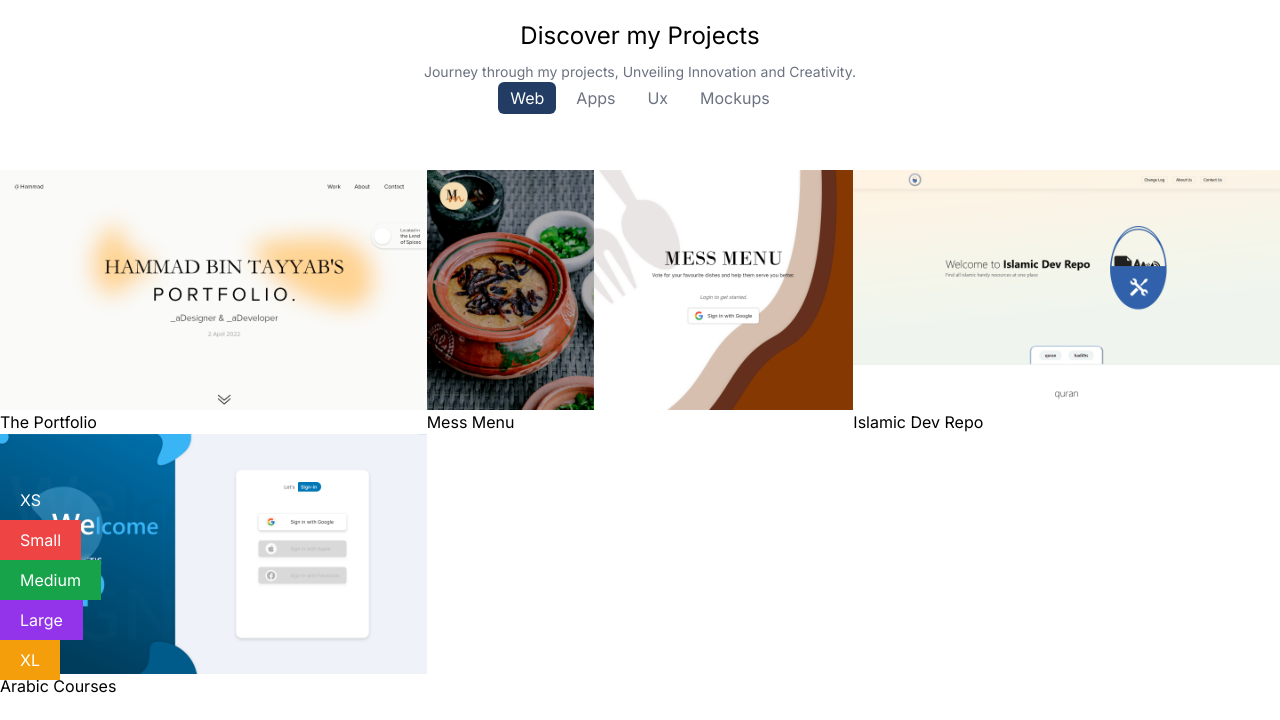
Repository: SpicierEwe/my_portfolio_v2
Page: /
An editor plug-in stored every save of this project. The page is shown before and after the next save, followed by the edit.
The browser window is 1280 px wide. The pictures show the whole page.
The project was rebuilt for these pictures with package versions that can differ from the ones it lists, and the page was loaded fresh each time. The framework's server and built-in components were replaced by stand-ins that run in the browser. Also part of the build but not shown: next.config.js, core/utils/customIcons.js, core/utils/utils.tsx, core/db/sub_db_data/ux_db.js.

Above is the page before, as saved 2024-04-22 10:56:06.

### app/page.tsx
import DevicePreview from "@/Components/Device_preview/device_preview";
import HeroSection from "@/Components/Hero_section/hero_section";
import WorkSection from "@/Components/Work_section/work_section";
import Image from "next/image";

export default function Home() {
  return (
    <main>
      <div className="absolute z-30 overflow-hidden bottom-0">
        <DevicePreview />
      </div>
      {/* <div className="overflow-hidden">
        <HeroSection />
      </div> */}

      <WorkSection />
    </main>
  );
}

### app/globals.css
@layer base {

  @font-face {
    font-family: 'Garamond';
    src: url('../public/fonts/EBGaramond-VariableFont_wght.ttf');

  }

  @font-face {
    font-family: 'Proxima Nova';
    src: url('../public/fonts/MarkSimonsonProximaNovaRegular.otf');
    font-weight: normal;
    font-style: normal;
  }


  @font-face {
    font-family: "Rage";
    src: url("../public/fonts/rage.ttf");
  }
}

@tailwind base;
@tailwind components;
@tailwind utilities;

:root {
  --foreground-rgb: 0, 0, 0;
  --background-start-rgb: 214, 219, 220;
  --background-end-rgb: 255, 255, 255;

}

@media (prefers-color-scheme: dark) {
  :root {
    --foreground-rgb: 255, 255, 255;
    --background-start-rgb: 0, 0, 0;
    --background-end-rgb: 0, 0, 0;
  }
}

body {

  /* background: #F5F5F5; */
}

### Components/Device_preview/device_preview.tsx
"use client";

import { use, useEffect, useState } from "react";

export default function DevicePreview() {
  return (
    <main className="flex flex-col justify-end ">
      {/* xs */}
      <div className=" text-right ">
        <p className="xs:bg-brand-color w-min text-white px-5 py-2">XS</p>
      </div>
      {/* sm */}
      <div className=" text-right ">
        <p className="sm:bg-red-500 w-min text-white px-5 py-2">Small</p>
      </div>
      {/* md */}
      <div className=" text-right ">
        <p className="md:bg-green-600 w-min px-5 py-2 text-white">Medium</p>
      </div>
      {/* lg */}
      <div className=" text-right ">
        <p className="lg:bg-purple-600 w-min px-5 py-2 text-white">Large</p>
      </div>
      {/* xl */}
      <div className=" text-right ">
        <p className="xl:bg-amber-500 w-min px-5 py-2 text-white">XL</p>
      </div>
      {/* 2xl */}
      <div className=" text-right ">
        <p className="2xl:bg-cyan-600 w-min px-5 py-2 text-white">2XL</p>
      </div>
    </main>
  );
}

### Components/Work_section/work_section.tsx
"use client";

import { db } from "../../core/db/db";
import Image from "next/image";
import Link from "next/link";
import { useState } from "react";

export default function WorkSection() {
  const navItems: string[] = Object.keys(db.portfolioItems);
  const [selectedNavItemIndex, setSelectedNavItemIndex] = useState<number>(0);
  return (
    <section className="">
      {/* header */}
      <header className="flex flex-col items-center pt-5">
        <h2 className="text-center text-2xl">Discover my Projects</h2>
        <p className="text-center text-sm mt-2.5 text-gray-500">
          Journey through my projects, Unveiling Innovation and Creativity.
        </p>
      </header>
      {/* nav */}
      <nav>
        <ul className="flex justify-center mt-6 gap-2 flex-wrap">
          {navItems.map((item, index) => {
            const isSelected: Boolean = selectedNavItemIndex == index;
            return (
              <li
                className={`${
                  isSelected ? "bg-brand-color" : ""
                } px-3 py-1 rounded-md cursor-pointer`}
                onClick={() => setSelectedNavItemIndex(index)}
                key={index}
              >
                <Link
                  href="#"
                  className={`${
                    isSelected ? "text-white" : "text-gray-500"
                  } capitalize`}
                >
                  {item}
                </Link>
              </li>
            );
          })}
        </ul>
      </nav>

      <main>
        {/* projects */}
        <div className="grid grid-cols-1 md:grid-cols-2 lg:grid-cols-3 gap-4 mt-14">
          {(db.portfolioItems as any)[navItems[selectedNavItemIndex]].map(
            (item: any, index: number) => {
              const projectName: string = item["projectName"];
              const imageLink: string = item["imageLink"];
              return (
                <div key={index}>
                  {
                    <Image
                      src={imageLink}
                      alt={projectName}
                      height={200}
                      width={200}
                      layout="responsive"
                    ></Image>
                  }
                  <p>{projectName}</p>
                </div>
              );
            }
          )}
        </div>
      </main>
    </section>
  );
}

### core/db/db.js
import { websitesDb } from "./sub_db_data/websites_db";
import { appsDb } from "./sub_db_data/apps_db";
import { uxDb } from "./sub_db_data/ux_db";
import { mockupsDb } from "./sub_db_data/mockups_db";

export const db = {
  portfolioItems: {
    web: websitesDb,
    apps: appsDb,
    ux: uxDb,
    mockups: mockupsDb,
  },
};

### core/db/sub_db_data/websites_db.js
import { embedCustomLinks } from "../../utils/utils";

export const websitesDb = [
  {
    projectName: "The Portfolio",
    projectId: "e2f9658b-f9bb-4d2c-ac8c-113a56d9204f",
    projectTagLine: "A Thoughtfully Curated Portfolio of Elegant Creations",
    link: "https://hammadtayyab.vercel.app/",
    imageLink: "/images/websites/my_portfolio.png",
    info: "This portfolio project showcases a minimalist design, highlighting my work and skills with clarity and finesse. The aim was to provide a seamless user experience and intuitive navigation, creating a comprehensive and sophisticated display of my professional journey.",
    roles: [
      "Data Analyst",
      "Designer",
      "Developer",
      "Maintainer",
      "Product Manager",
      "Tester/Quality Assurance",
      "Researcher",
      "DevOps Engineer",
      "Technical Writer",
      "Project Manager",
    ],
    techStack: [
      "NextJs",
      "React",
      "TypeScript",
      "TailwindCSS",
      "HTML",
      "CSS",
      "JavaScript",
      "Git",
      "Vercel",
    ],
  },
  {
    projectId: "566ec8d6-4d5d-4f22-9580-2c574f7122fb",
    projectName: "Mess Menu",
    projectTagLine: "Simplifying Hostel Dining with a Digital Menu System",
    link: "https://messmenu.vercel.app/",
    imageLink: "/images/websites/mess_menu.png",
    info: "This project streamlines the process of hostel dining by offering a digital menu system for students. Monthly menus are curated through community voting, allowing students to have a say in their dining options. Originating from a friend's final year project, the focus was on user-centric design and functionality, ensuring a seamless experience for all users.",
    roles: [
      "Data Analyst",
      "Designer",
      "Developer",
      "Maintainer",
      "Product Manager",
      "Tester/Quality Assurance",
      "Researcher",
      "DevOps Engineer",
      "Technical Writer",
      "Project Manager",
    ],
    techStack: [
      "NextJs",
      "React",
      "HTML",
      "CSS",
      "JavaScript",
      "Git",
      "Vercel",
      "Firebase",
      "Firebase Auth",
    ],
  },
  {
    projectId: "e3a52953-0a4d-43c3-b874-bd55925f6a7e",
    projectName: "Islamic Dev Repo",
    projectTagLine: "A Repository of Authentic Islamic Data for Developers",
    link: "https://islamic-dev-repo.vercel.app/",
    imageLink: "/images/websites/islamic_dev_repo.png",
    info: "This project offers developers a curated repository of reliable Islamic data that can be seamlessly integrated into various applications. With a focus on authenticity and compatibility across multiple devices, this repository provides a trustworthy source of information for developers working on Islamic-related projects.",
    roles: [
      "Data Analyst",
      "Designer",
      "Developer",
      "Maintainer",
      "Product Manager",
      "Tester/Quality Assurance",
      "Researcher",
      "DevOps Engineer",
      "Technical Writer",
      "Project Manager",
    ],
    techStack: [
      "NextJs",
      "React",
      "HTML",
      "CSS",
      "JavaScript",
      "Git",
      "Vercel",
      "Python",
    ],
  },
  {
    projectId: "87693335-b9d6-434c-8428-5d8266482050",
    projectName: "Arabic Courses",
    projectTagLine:
      "A Platform for Streaming the Best Madina Arabic Course Online",
    link: "https://arabiccourses.vercel.app/",
    imageLink: "/images/websites/arabic_courses.png",
    info: `The goal of this project was to establish an online platform for the popular Madina Arabic course, allowing users to stream videos from the cloud and track their progress. Initially, the videos were only available for download, but this platform offers a more convenient streaming experience. You can learn more about the course at ${embedCustomLinks(
      {
        link: "https://abdurrahman.org/arabic-learning/dvds/",
        title: "AbdurRahman.Org",
      }
    )}. Arabic Courses enhances accessibility and convenience for users, making the learning process smoother and more enjoyable.`,
    roles: [
      "Data Analyst",
      "Designer",
      "Developer",
      "Maintainer",
      "Product Manager",
      "Tester/Quality Assurance",
      "Researcher",
      "DevOps Engineer",
      "Technical Writer",
      "Project Manager",
    ],
    techStack: [
      "NextJs",
      "React",
      "HTML",
      "CSS",
      "JavaScript",
      "Git",
      "Vercel",
      "Firebase",
      "Firebase Auth",
    ],
  },
];

### core/db/sub_db_data/apps_db.js
import { embedCustomLinks } from "../../utils/utils";

export const appsDb = [
  {
    projectId: "38384ae3-5586-40be-b025-c9c3ad1094ef",
    projectName: "al Qur'an",
    projectTagLine: "All about the Qur'an in one app.",

    link: "https://play.google.com/store/apps/details?id=com.spicierewe.al_quran",

    imageLink: "/images/apps/al_quran.png",

    info: `The "al Qur'an" app offers a comprehensive experience of the Qur'an for users around the world. It includes a wide range of translations in various languages, tafseer (exegesis), access to over 49 reciters and translators, and much more. All data is sourced from the reliable platform ${embedCustomLinks(
      { link: "https://quran.com", title: "quran.com" }
    )}.`,

    roles: [
      "Data Analyst",
      "Designer",
      "Developer",
      "Maintainer",
      "Product Manager",
      "Tester/Quality Assurance",
      "Researcher",
      "DevOps Engineer",
      "Technical Writer",
      "Project Manager",
    ],

    techStack: ["Flutter", "Dart", "Git", "Adobe XD"],

    platforms: ["Android"],
  },
  {
    projectId: "1eeb435f-acbd-41e8-b826-440959bb6a57",
    projectName: "Riddle Me",
    projectTagLine: "Riddle Me: Unraveling Minds, One Clue at a Time!",

    link: "https://play.google.com/store/apps/details?id=com.spicierewe.RiddleMe",

    imageLink: "/images/apps/riddle_me.png",

    info: "Riddle Me is an engaging and challenging game designed to test your intelligence and problem-solving skills. This game stimulates creative thinking and encourages you to approach problems from different perspectives.",

    roles: [
      "Data Analyst",
      "Designer",
      "Developer",
      "Maintainer",
      "Product Manager",
      "Tester/Quality Assurance",
      "Researcher",
      "DevOps Engineer",
      "Technical Writer",
      "Project Manager",
    ],

    techStack: ["Flutter", "Dart", "Git", "Adobe XD"],

    platforms: ["Android"],
  },
  {
    projectId: "2ae7005c-16e2-4fe5-b7b0-20f5f826321e",
    projectName: "Food Deals",
    projectTagLine: "Find the best food deals at your fingertips.",

    link: "https://play.google.com/store/apps/details?id=com.spicierewe.food_deals",

    imageLink: "/images/apps/food_deals.png",

    info: "Food Deals is an app that helps users discover the best offers and discounts on their favorite food delivery services. Save money and enjoy your favorite meals by comparing prices across different platforms.",

    roles: [
      "Data Analyst",
      "Designer",
      "Developer",
      "Maintainer",
      "Product Manager",
      "Tester/Quality Assurance",
      "Researcher",
      "DevOps Engineer",
      "Technical Writer",
      "Project Manager",
    ],

    techStack: ["Flutter", "Dart", "Git", "Adobe XD"],

    platforms: ["Android"],
  },
  {
    projectId: "627de94f-59b4-4f85-bcf4-df6fbf22714e",
    projectName: "Hadith Collection",
    projectTagLine: "Access authentic hadiths of the Prophet Muhammad (pbuh).",

    link: "https://play.google.com/store/apps/details?id=com.spicierewe.ahadith_collection",

    imageLink: "/images/apps/ahadith_collection.png",

    info: `The "Hadith Collection" app provides a comprehensive and authentic collection of hadiths of the Prophet Muhammad (pbuh). It includes data from various reputable sources such as ${embedCustomLinks(
      { link: "https://sunnah.com", title: "sunnah.com" }
    )} for Arabic and English, and ${embedCustomLinks({
      link: "https://github.com/pakjiddat/islam-companion-web-api",
      title: "islam-companion-web-api",
    })} for Urdu data.`,

    roles: [
      "Data Analyst",
      "Designer",
      "Developer",
      "Maintainer",
      "Product Manager",
      "Tester/Quality Assurance",
      "Researcher",
      "DevOps Engineer",
      "Technical Writer",
      "Project Manager",
    ],

    techStack: ["Flutter", "Dart", "Git", "Adobe XD"],

    platforms: ["Android"],
  },
  {
    projectId: "7468bdef-5b24-454e-ae99-dd0a558441d7",
    projectName: "Study Practice",
    projectTagLine: "Practice makes perfect.",

    link: "https://play.google.com/store/apps/details?id=com.spicierewe.study_practice",

    imageLink: "/images/apps/study_practice.png",

    info: "Study Practice is a study companion app designed to help students prepare for competitive exams such as NEET and JEE. The app offers past exam questions, mock tests, and real-time progress tracking along with official study material.",

    roles: [
      "Data Analyst",
      "Designer",
      "Developer",
      "Maintainer",
      "Product Manager",
      "Tester/Quality Assurance",
      "Researcher",
      "DevOps Engineer",
      "Technical Writer",
      "Project Manager",
    ],

    techStack: ["Flutter", "Dart", "Git", "Adobe XD"],

    platforms: ["Android"],
  },
];

### core/db/sub_db_data/mockups_db.js
export const mockupsDb = [
  {
    phone_mockup_links: [],
    other_mockup_links: [
      "/images/mockups/eat_healthy_mockup.svg",
      "/images/mockups/bot_mockup_theme_light.svg",
      "/images/mockups/bot_mockup_theme_dark.svg",
      "/images/mockups/the_perfume_lab_price_list.png",
      "/images/mockups/noraty_business_hero_section.svg",
      "/images/mockups/gr_showcase.png",
      "/images/mockups/just_moved_showcase.png",
      "/images/mockups/archer_product_design.png",
      "/images/mockups/the_connection_poster.png",
      "/images/mockups/social_flow_flyer.png",
      "/images/mockups/LVD_roll_up_banner.png",
      "/images/mockups/ATS_flyer.png",
    ],
  },
];

### tailwind.config.js
const { reverse } = require("dns");
const defaultTheme = require("tailwindcss/defaultTheme");

/** @type {import('tailwindcss').Config} */
module.exports = {
  content: [
    "./pages/**/*.{js,ts,jsx,tsx,mdx}",
    "./components/**/*.{js,ts,jsx,tsx,mdx}",
    "./app/**/*.{js,ts,jsx,tsx,mdx}",
    "./core/**/*.{js,ts,jsx,tsx,mdx}",
  ],
  theme: {
    extend: {
      screens: { xs: { max: "640px" } },

      maxWidth: {
        "120rem": "120rem",
      },

      backgroundImage: {
        "gradient-radial": "radial-gradient(var(--tw-gradient-stops))",
        "gradient-conic":
          "conic-gradient(from 180deg at 50% 50%, var(--tw-gradient-stops))",
      },

      colors: {
        "brand-color": "#223c63",
        "primary-color": "#ffffff",
        "secondary-color": "#00A699",
        "accent-color": "#779ace",
      },

      keyframes: {
        wiggle: {
          "0%, 100%": { transform: "rotate(-3deg)" },
          "50%": { transform: "rotate(3deg)" },
        },

        levitate: {
          "0%": { transform: "translateY(50px)" },
          "50%": { transform: "translateY(-30px)  scale(1.1)" },
          "100%": { transform: "translateY(50px)" },
        },
        levitate_reverse: {
          "0%": { transform: "translateY(-90px)" },
          "50%": { transform: "translateY(30px)  scale(1.1)" },
          "100%": { transform: "translateY(-90px)" },
        },
      },

      animation: {
        "spin-slow": "spin 3s linear infinite",
        wiggle: "wiggle 1s ease-in-out infinite",
        levitate: "levitate 5s ease-in-out infinite",
        levitate_reverse: "levitate_reverse 5s ease-in-out infinite reverse",
      },

      fontFamily: {
        garmond: ["Garmond", ...defaultTheme.fontFamily.serif],
        custom_sans: ["Proxima Nova", ...defaultTheme.fontFamily.sans],
      },

      height: {
        dvh: "100dvh",
      },
    },
  },

  variants: {
    backgroundColor: ["responsive", "hover", "focus", "active"],
  },

  plugins: [],
};

Loaded but not shown: app/layout.tsx (common file)

After the next save:
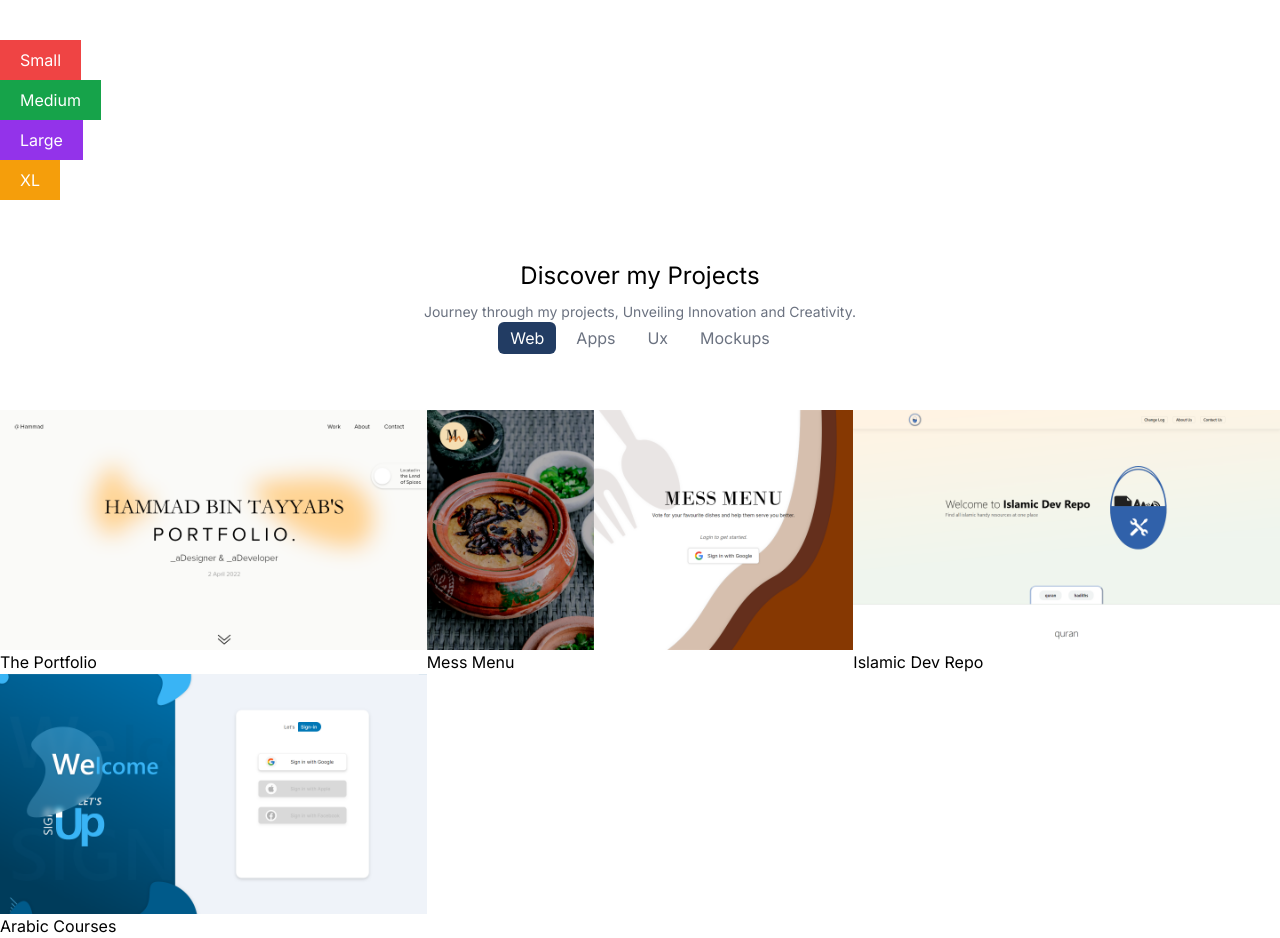
Saved 52 s later.
--- a/app/page.tsx
+++ b/app/page.tsx
@@ -6,7 +6,7 @@
 export default function Home() {
   return (
     <main>
-      <div className="absolute z-30 overflow-hidden bottom-0">
+      <div className="absolute z-30 overflow-hidden bottom-0 sticky">
         <DevicePreview />
       </div>
       {/* <div className="overflow-hidden">

After the 4 saves that followed:
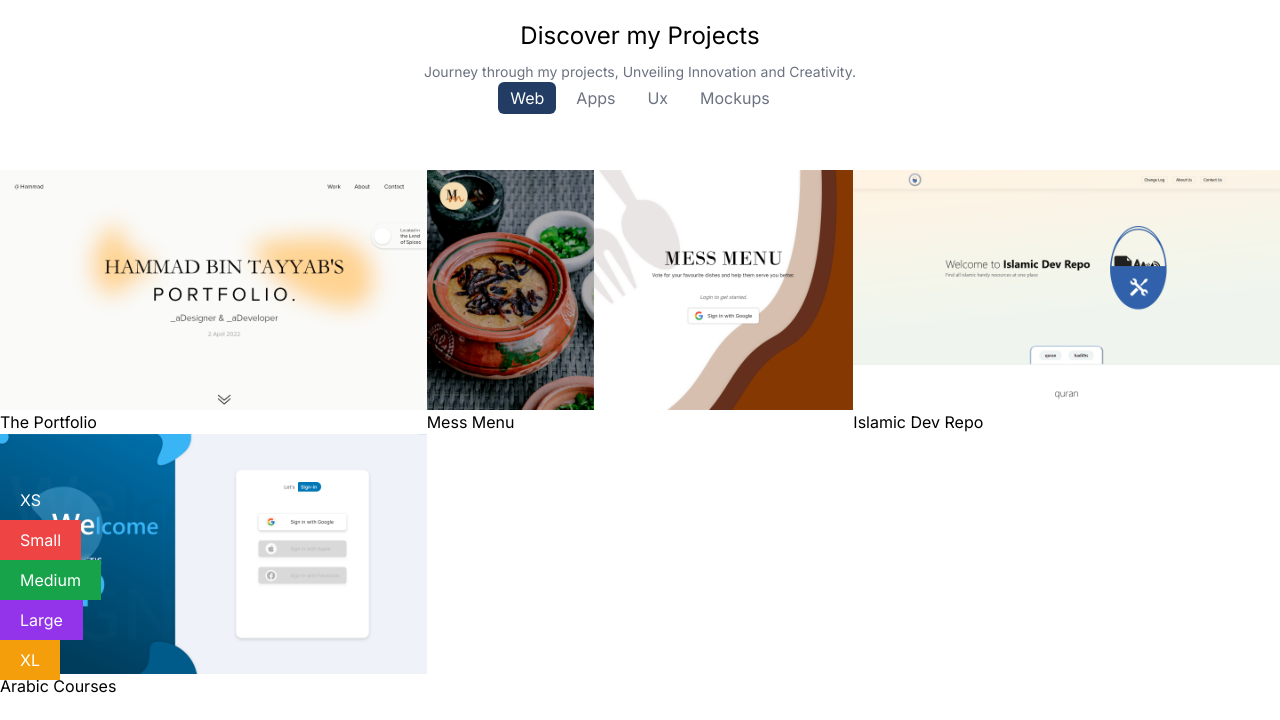
The 4 saves are shown as one change because 1 left the picture as it was and some came seconds apart.
The last was saved 35 s later.
--- a/app/page.tsx
+++ b/app/page.tsx
@@ -6,7 +6,7 @@
 export default function Home() {
   return (
     <main>
-      <div className="absolute z-30 overflow-hidden bottom-0 sticky">
+      <div className="absolute z-30 overflow-hidden bottom-0 ">
         <DevicePreview />
       </div>
       {/* <div className="overflow-hidden">
